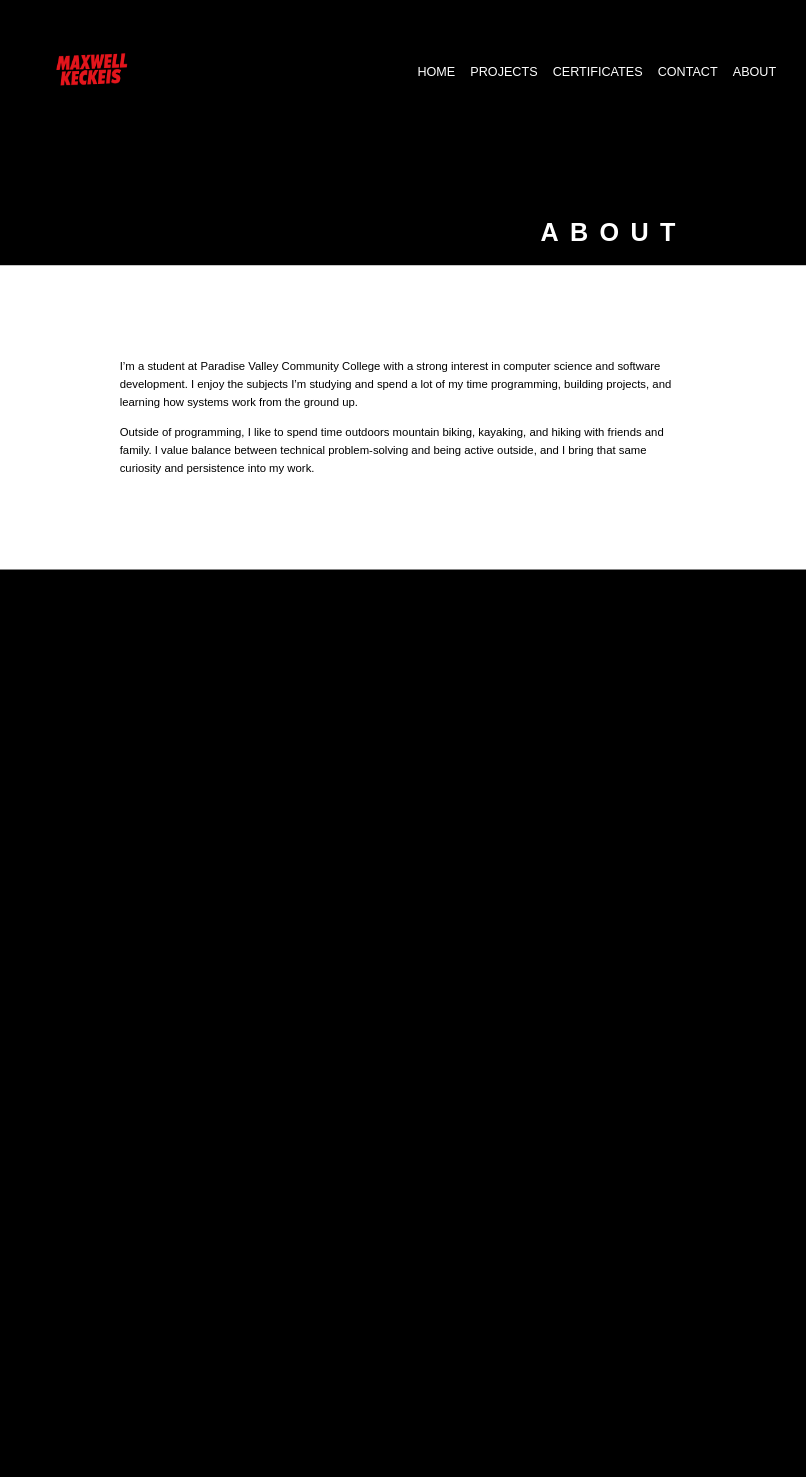
Repository: Maxwell-Keckeis/Maxwell-Keckeis.github.io
Page: about.html
An editor plug-in stored every save of this project. The page is shown before and after the next save, followed by the edit.
The browser window is 1280 px wide. The pictures show the whole page, at 63% of full size.
Some web fonts or font styles are not loaded; a fallback is used.

Above is the page before, as saved 2026-02-06 16:32:47.

After the next save:
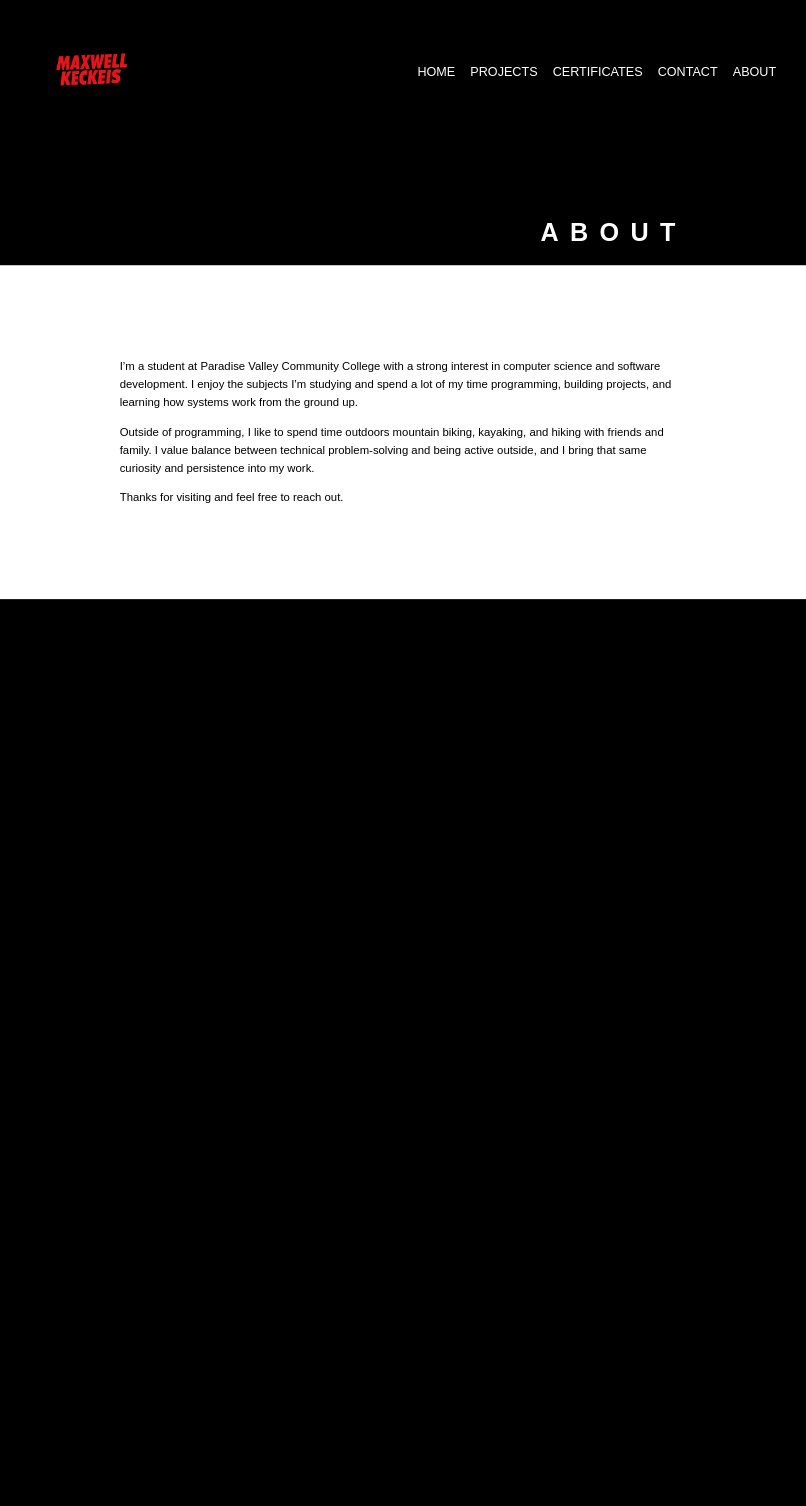
Saved 85 s later.
--- a/about.html
+++ b/about.html
@@ -50,6 +50,10 @@
                        technical problem-solving and being active outside, and I bring that
                        same curiosity and persistence into my work.
                     </p>
+
+                    <p>
+                        Thanks for visiting and feel free to reach out.
+                    </p>
             </div>
         </section>
         <main>
